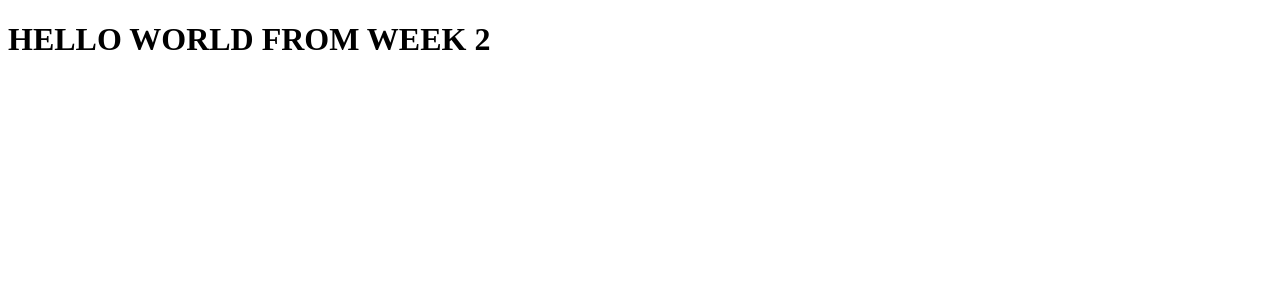
Repository: Hasib001/WEBD6201---W2021---ICE-1
Page: index.html
The author's editor kept a copy of each file at every save. The page is drawn from the files as they stood at one save, then again after the next save.
The browser window is 1280 px wide. The pictures show the whole page.

Above is the page before, as saved 2021-01-22 18:41:19.

### index.html
<!DOCTYPE html>
<html lang="en">
<head>
    <meta charset="UTF-8">
    <meta name="viewport" content="width=device-width, initial-scale=1.0">
    <title>Hello World</title>
    <!--CSS Section -->
    <link rel="stylesheet" href="./Content/app.css" >
</head>
<body>
    <!--JAvascript section-->
    <script src="./Scripts/app.js" > </script>
    <div>
        <h1>HELLO WORLD FROM WEEK 2</h1>
    </div>
</body>
</html>

### Content/app.css
/* css code goes here */

### Scripts/app.js
/* custom javaScript code goes here */

After the next save:
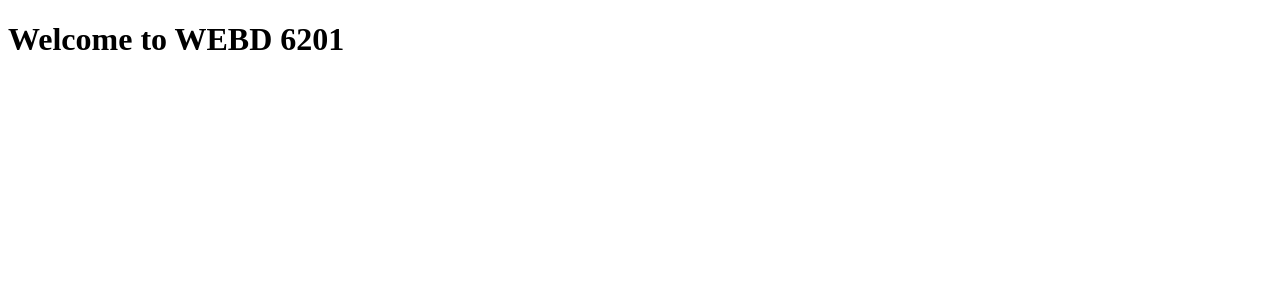
Saved 58 min 27 s later.
--- a/index.html
+++ b/index.html
@@ -3,7 +3,7 @@
 <head>
     <meta charset="UTF-8">
     <meta name="viewport" content="width=device-width, initial-scale=1.0">
-    <title>Hello World</title>
+    <title>WEBD6201 - W2021 - ICE 1</title>
     <!--CSS Section -->
     <link rel="stylesheet" href="./Content/app.css" >
 </head>
@@ -11,7 +11,9 @@
     <!--JAvascript section-->
     <script src="./Scripts/app.js" > </script>
     <div>
-        <h1>HELLO WORLD FROM WEEK 2</h1>
+        <main class="container">
+            <h1>Welcome to WEBD 6201</h1>
+        </main>
     </div>
 </body>
 </html>
